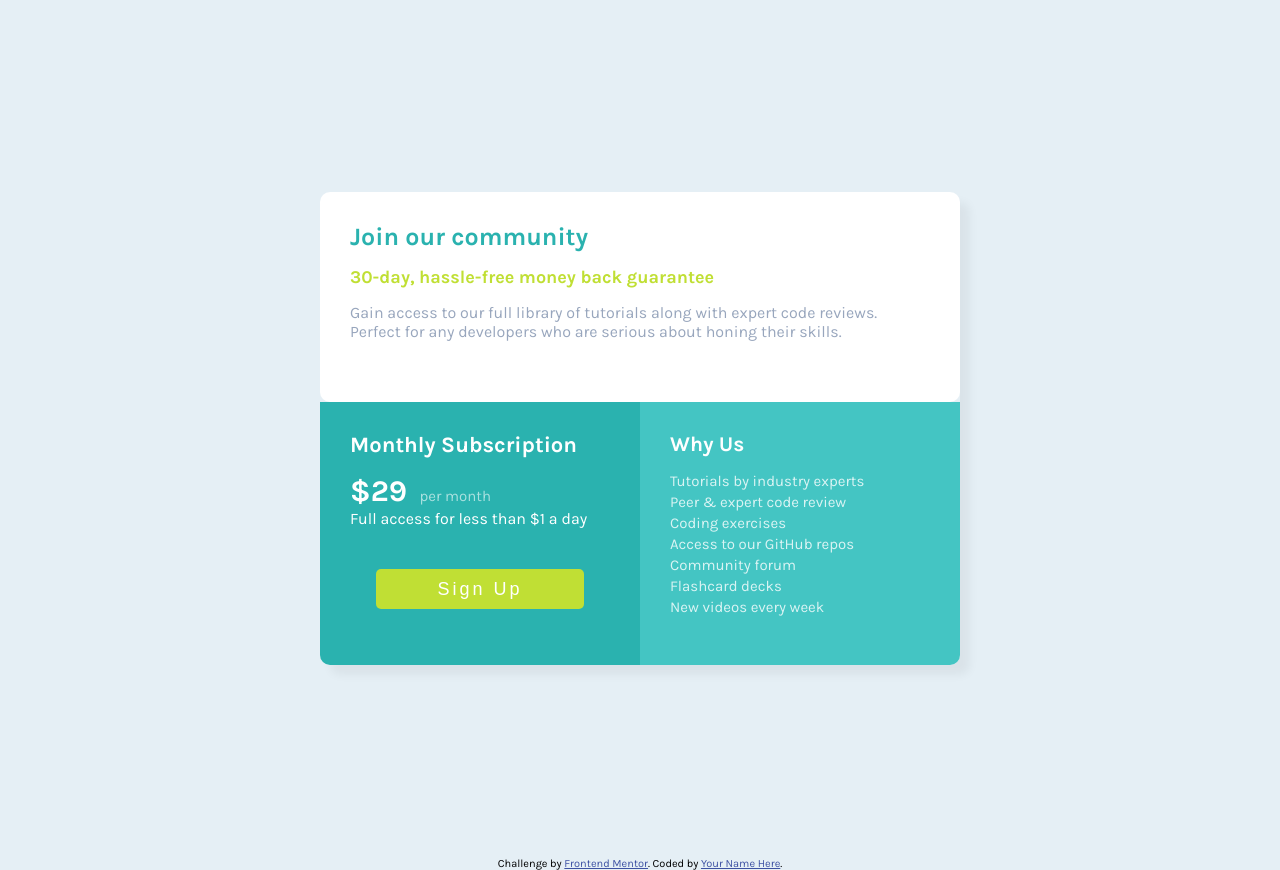
Repository: Pedrohamoura-Git/Frontend-Mentor-Challenges
Page: Newbie/single-price-grid-component-master/index.html
The author's editor kept a copy of each file at every save. The page is drawn from the files as they stood at one save, then again after the next save.
The browser window is 1280 px wide. The pictures show the whole page.

Above is the page before, as saved 2021-05-31 16:00:16.

### Newbie/single-price-grid-component-master/index.html
<!DOCTYPE html>
<html lang="en">
<head>
  <meta charset="UTF-8">
  <meta name="viewport" content="width=device-width, initial-scale=1.0"> <!-- displays site properly based on user's device -->

  <link rel="stylesheet" href="css/style.css">
  <title>Frontend Mentor | Single Price Grid Component</title>

  <!-- Feel free to remove these styles or customise in your own stylesheet 👍 -->
  <style>
    .attribution { font-size: 11px; text-align: center; }
    .attribution a { color: hsl(228, 45%, 44%); }
  </style>
</head>
<body>
  <div id="wrapper">
    <header id="card1">
      <h1>Join our community</h1>
      <h2>30-day, hassle-free money back guarantee</h2>
      <p>Gain access to our full library of tutorials along with expert code reviews. Perfect for any developers who are serious about honing their skills.</p>
    </header>

    <div id="columns">
      <div id="card2">
        <h2>Monthly Subscription</h2>
        <h3 class="price">&dollar;29</h3>
        <span>per month</span>
        <p>Full access for less than &dollar;1 a day</p>

        <form action="#">
          <input type="submit" value="Sign Up" name="Sign Up" id="signup">
          </input>
        </form>
      </div>

      <div id="card3">
        <h2>Why Us</h2>
        <p>Tutorials by industry experts<br>
          Peer &amp; expert code review<br>
          Coding exercises<br>
          Access to our GitHub repos<br>
          Community forum<br>
          Flashcard decks<br>
          New videos every week</p>
      </div>
    </div>

  </div>








  <footer>
    <p class="attribution">
      Challenge by <a href="https://www.frontendmentor.io?ref=challenge" target="_blank">Frontend Mentor</a>.
      Coded by <a href="#">Your Name Here</a>.
    </p>
  </footer>
</body>
</html>

### Newbie/single-price-grid-component-master/css/style.css
/*
** Core Formatting
*/
    @import url('https://fonts.googleapis.com/css2?family=Karla:wght@400;700&display=swap');

    * {
        padding: 0;
        margin: 0;
        box-sizing: border-box;
    }

    html {
        font-size: 62.5%;
    }

    body {
        background-color: hsl(204, 43%, 93%);
        font-family: Karla;
    }


/*
** Mobile - Wrapper
*/
    #wrapper {
        border-radius: 1rem;
        box-shadow: 10px 10px 10px rgba(0, 0, 0, 0.05);
        display: grid;
        grid-template-rows: repeat(auto-fit, minmax(200px, 1fr));
        margin: 15% auto;
        width: 90%;

        /* border: 1px solid red; */
    }

    #card1, #card2, #card3 {
        padding: 1.5rem;
        min-height: 210px;
    }

    /*
    ** Card 1
    */
        #card1 {
            background-color: white;
            border-radius: 1rem;
        }

        #card1 h1 {
            color: hsl(179, 62%, 43%);
            font-size: 2.5rem;
            margin-bottom: 1.5rem;
        }

        #card1 h2 {
            color: hsl(71, 73%, 54%);
            font-size: 1.8rem;
            margin-bottom: 1.5rem;
        }

        #card1 p {
            margin-bottom: 1.5rem;
            color: hsl(218, 22%, 67%);
            font-size: 1.6rem;
            margin-bottom: 1.5rem;
        }



    /*
    ** Card 2
    */
        #card2 {
            color: white;
            background-color: hsl(179, 62%, 43%);
        }

        #card2 h2 {
            font-size: 2.2rem;
            margin-bottom: 1.5rem;
        }

        #card2 h3.price {
            display: inline;
            font-size: 3rem;
            font-weight: 700;
            margin-bottom: 1.5rem;
        }

        #card2 span {
            font-size: 1.5rem;
            margin-left: 1rem;
            margin-bottom: 1rem;
            opacity: 60%;
        }

        #card2 p {
            font-size: 1.6rem;
            margin-bottom: 1.5rem;
        }

        #card2 form input {
            background-color: hsl(71, 73%, 54%);
            border: none;
            border-radius: .5rem;
            color: white;
            font-size: 1.8rem;
            letter-spacing: .3rem;
            margin: 10%;
            width: 80%;
            height: 4rem;

        }

        #card2 input:hover, input:active {
            background-color: hsl(71, 93%, 62%);
            color: hsl(179, 62%, 43%);
        }





        #card3 {
            background-color: hsl(179, 53%, 52%);
            border-bottom-left-radius: 1rem;
            border-bottom-right-radius: 1rem;
            color: white;
        }

        #card3 h2 {
            font-size: 2.1rem;
            margin-bottom: 1.5rem;
        }

        #card3 p {
            font-size: 1.5rem;
            line-height: 2.1rem;
            opacity: 80%;
        }


    /*
    ** Tablets & Desktops
    */
        @media (min-width: 600px) {
            #wrapper {
                display: block;
                max-width: 640px;

                /* border: 1px solid red; */
            }

            #columns {
                display: grid;
                grid-template-columns: repeat(auto-fit, minmax(50%, 1fr));
            }

            #card1 {
                padding: 3rem;
            }

            #card2 {
                border-bottom-left-radius: 1rem;
                padding: 3rem;

            }

            #card3 {
                border-bottom-left-radius: 0;
                padding: 3rem;
            }

        }

After the next save:
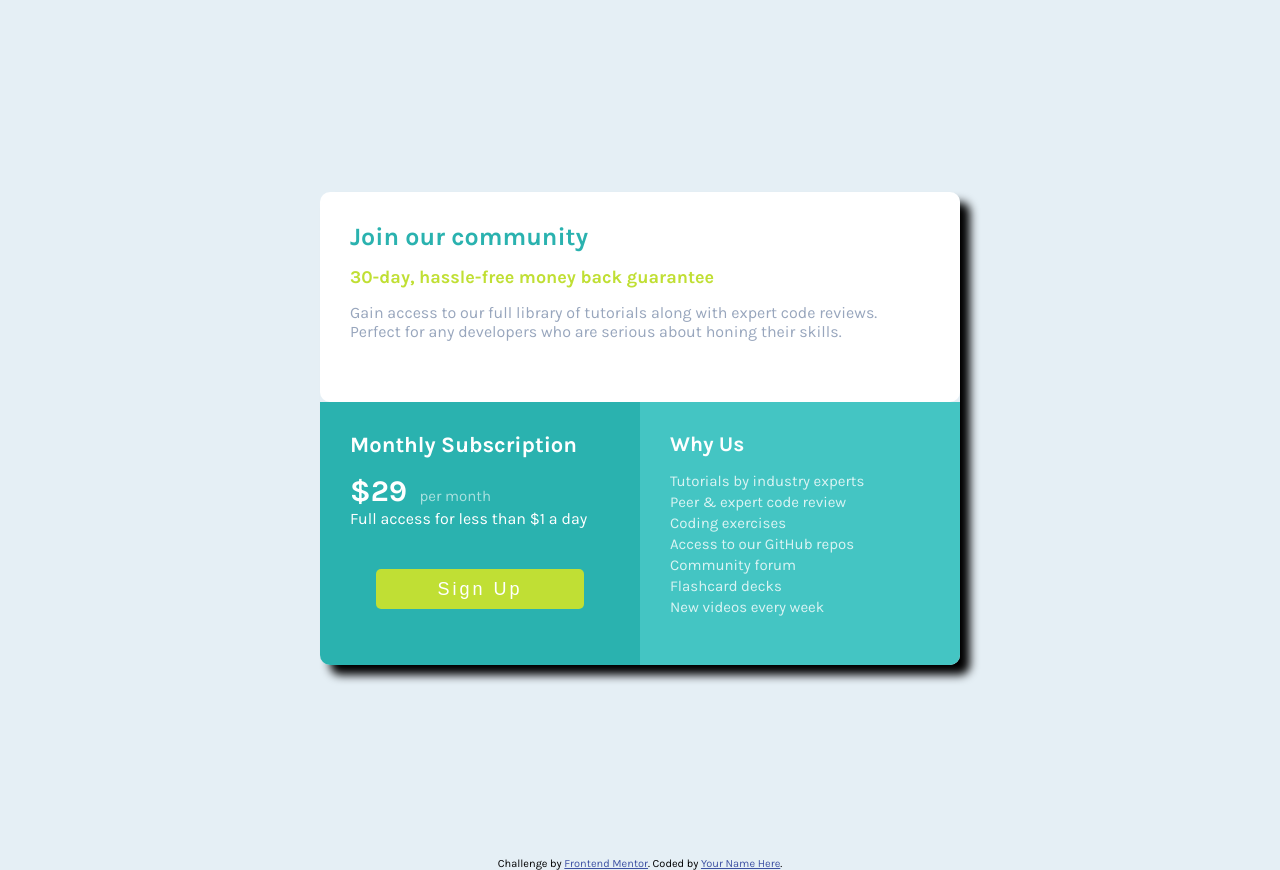
Saved 5 s later.
--- a/Newbie/single-price-grid-component-master/css/style.css
+++ b/Newbie/single-price-grid-component-master/css/style.css
@@ -24,7 +24,7 @@
 */
     #wrapper {
         border-radius: 1rem;
-        box-shadow: 10px 10px 10px rgba(0, 0, 0, 0.05);
+        box-shadow: 10px 10px 10px rgba(0, 0, 0);
         display: grid;
         grid-template-rows: repeat(auto-fit, minmax(200px, 1fr));
         margin: 15% auto;
